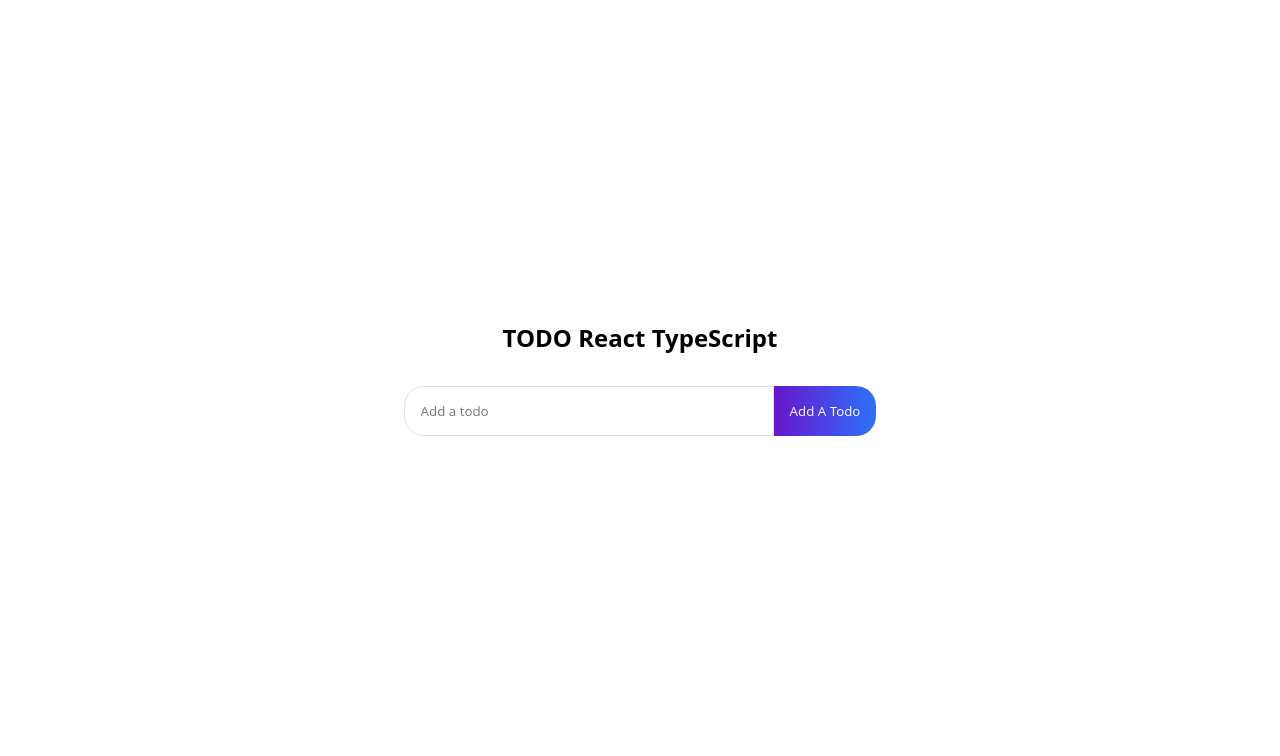
Repository: gligor99/todo-ts-react
Page: /
These files come from the project's save history. The page is drawn as it stood at one moment and after the next save; the edit follows.
The browser window is 1280 px wide. The pictures show the whole page.
The project was rebuilt for these pictures with package versions that can differ from the ones it lists, and the page was loaded fresh each time. Also part of the build but not shown: src/components/TodoListItem.tsx.

Above is the page before, as saved 2021-11-19 21:33:53.

After the next save:
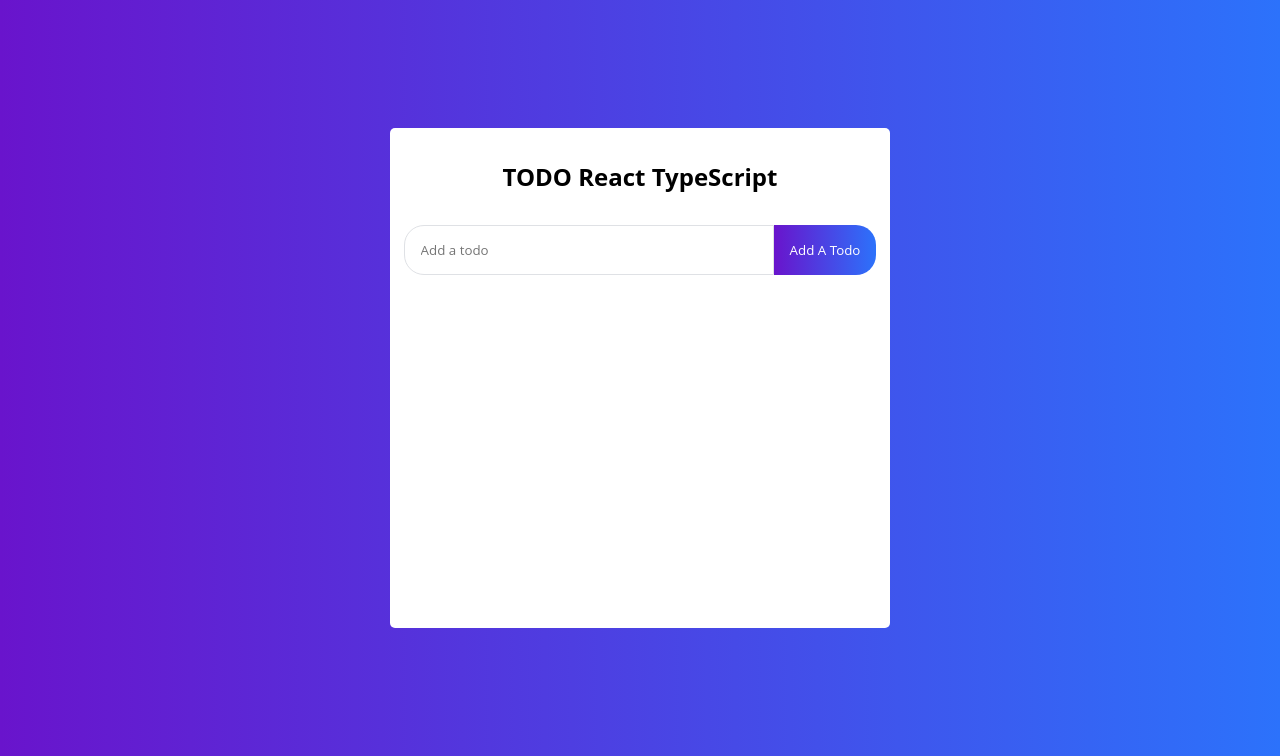
Saved 28 s later.
--- a/src/App.css
+++ b/src/App.css
@@ -1,10 +1,17 @@
 * {
   font-family: 'Open Sans';
+}
+body {
+  background: linear-gradient(
+    90deg,
+    rgba(105, 20, 204, 1) 0%,
+    rgba(44, 114, 251, 1) 100%
+  );
 }
 .todo-app {
   display: flex;
   flex-direction: column;
-  justify-content: center;
+  justify-content: start;
   width: 500px;
   min-height: 500px;
   background: white;

After the save that followed:
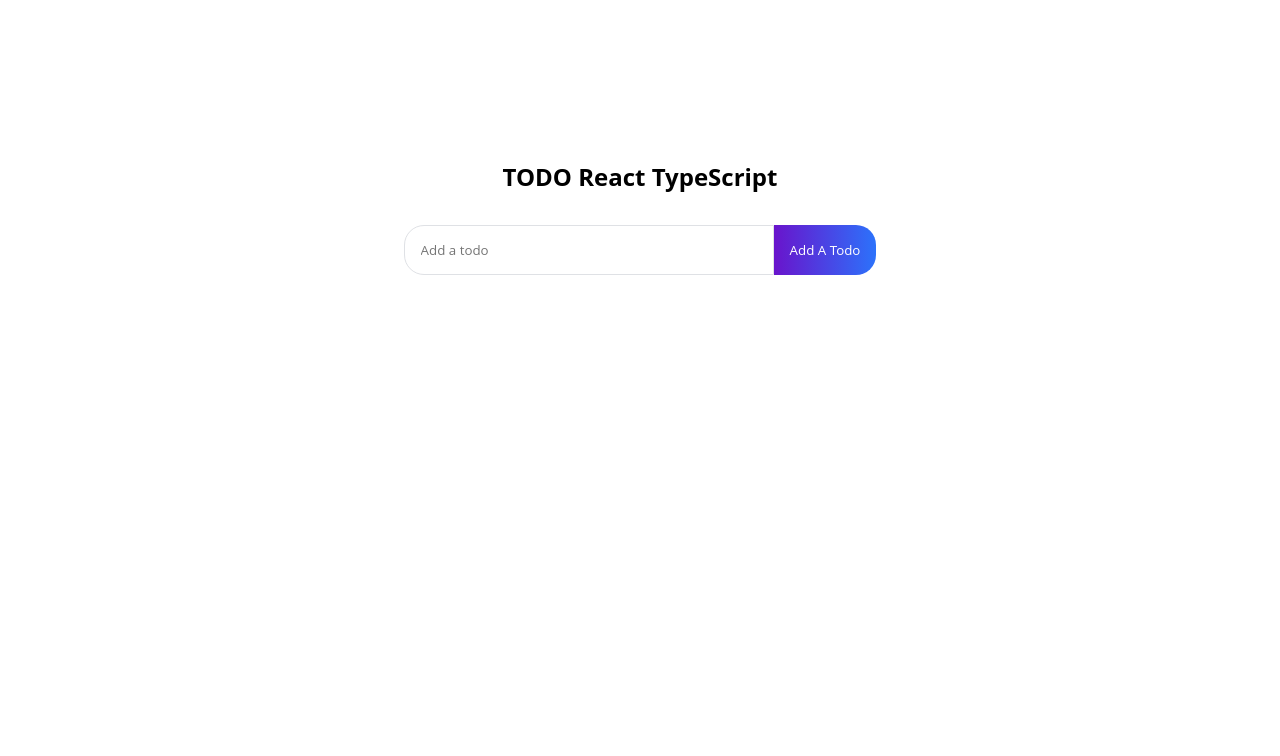
Saved 36 s later.
--- a/src/App.css
+++ b/src/App.css
@@ -1,13 +1,7 @@
 * {
   font-family: 'Open Sans';
 }
-body {
-  background: linear-gradient(
-    90deg,
-    rgba(105, 20, 204, 1) 0%,
-    rgba(44, 114, 251, 1) 100%
-  );
-}
+
 .todo-app {
   display: flex;
   flex-direction: column;
